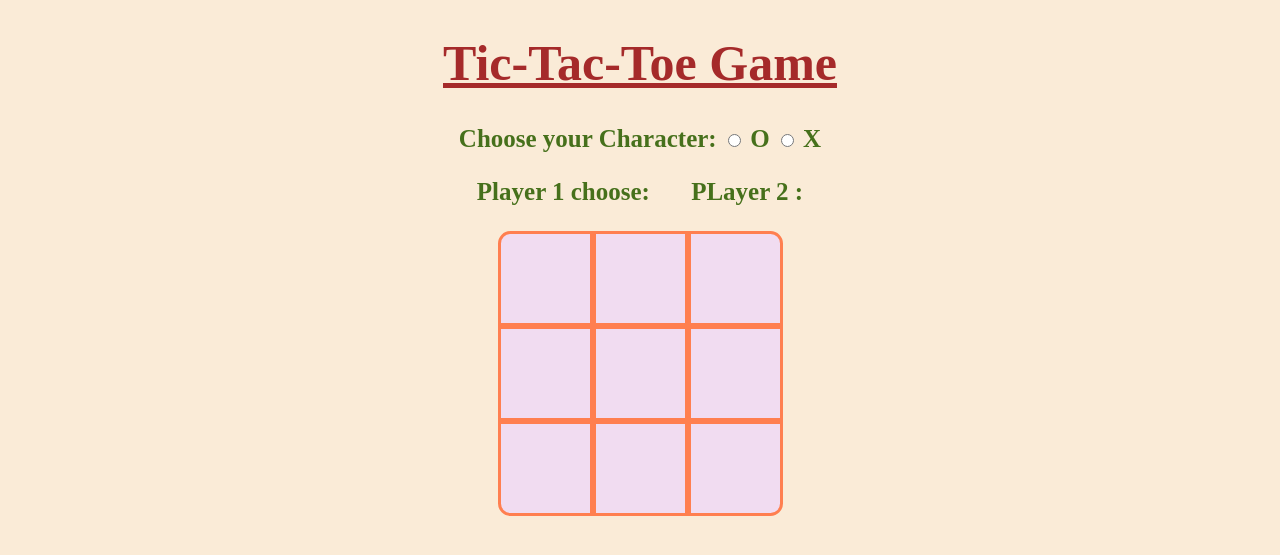
Repository: 0101chaitanya/Tic-Tac-Toe
Page: index.html
These files come from the project's save history. The page is drawn as it stood at one moment and after the next save; the edit follows.
The browser window is 1280 px wide. The pictures show the whole page.

Above is the page before, as saved 2021-06-12 13:18:29.

After the next save:
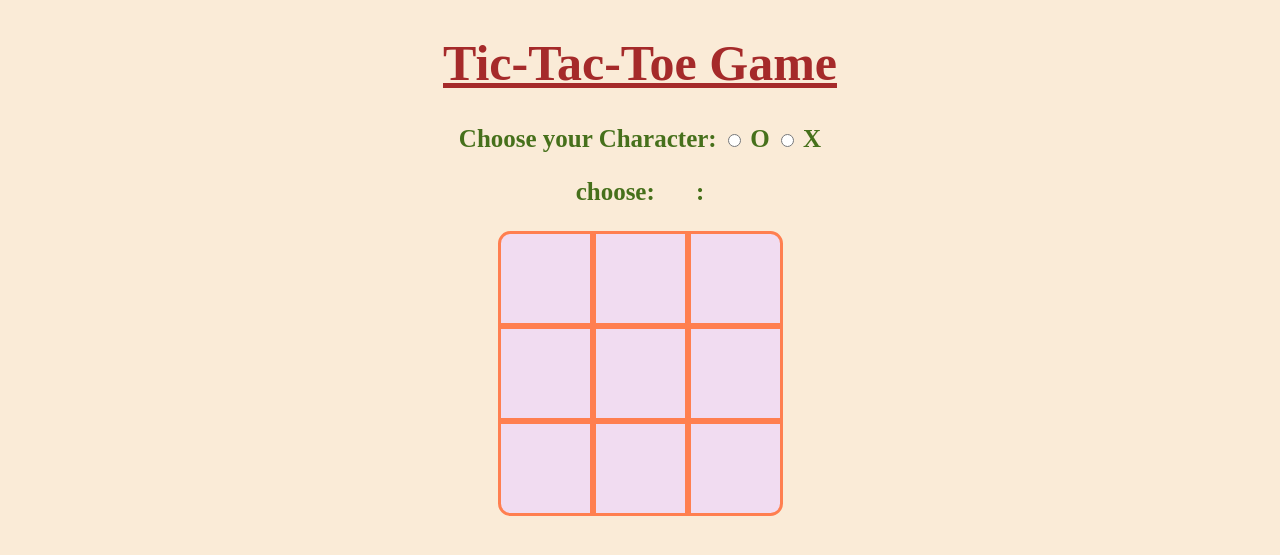
Saved 12 min 53 s later.
--- a/index.html
+++ b/index.html
@@ -21,8 +21,8 @@
 
         </form>
         <div id="player">
-            <span id='1'>Player 1 choose:</span>
-            <span id='2'>PLayer 2 :</span>
+            <span id='1'><input type=text placeholder='Player1'> choose:</span>
+            <span id='2'><input type=text placeholder='Player2'>:</span>
         </div>
         <form id="gameSquare">
             <section id="row1">
